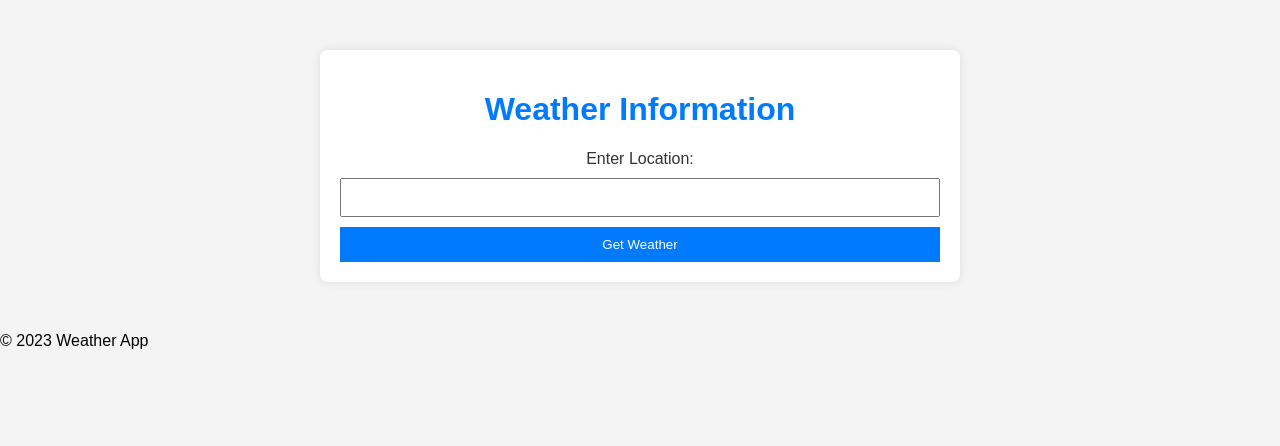
Repository: muke2110/weather
Page: http://localhost/
These files come from the project's save history. The page is drawn as it stood at one moment and after the next save; the edit follows.
The browser window is 1280 px wide. The pictures show the whole page.
The page is served by the project's Node server (app.js).

Above is the page before, as saved 2023-12-03 20:07:34.

### views/index.ejs
<!DOCTYPE html>
<html lang="en">
<head>
  <meta charset="UTF-8">
  <meta name="viewport" content="width=device-width, initial-scale=1.0">
  <title>Weather Information</title>
  <link rel="stylesheet" href="/styles.css">

</head>
<body>

  <div class="container">
    <h1>Weather Information</h1>

    <form action="/location" method="post">
      <label for="locationInput">Enter Location:</label>
      <input type="text" id="locationInput" name="location" required>
      <button type="submit">Get Weather</button>
    </form>

    <% if (error) { %>
      <p class="error-message">Error: <%= error %></p>
    <% } else if (location) { %>
      <div id="weatherResult">
        <img src= <%= png %>>
        <p>Location: <%= place.name %></p>
        <p>Temperature: <%= location.temp_c %>°C</p>
        <p>Condition: <%= location.condition.text %></p>
      </div>
    <% } %>
  </div>
  <footer>
    <!-- Your footer content goes here -->
    <p>&copy; 2023 Weather App</p>
  </footer>
</body>
<script>
  if (performance.navigation.type === 1) {
    // Redirect to the home page
    window.location.href = "/";
  }
</script>
</html>

### app.js
const axios = require('axios');
const express = require('express');
const app = express();
const port = 3000;

app.use(express.json());
app.use(express.urlencoded({ extended: true }));
// Add this line after app initialization
app.use(express.static('public'));


app.set('view engine', 'ejs');

app.get('/', (req, res) => {
  res.render('index', { error: null, location: null });
});

app.post('/location', async (req, res) => {
  const { location } = req.body;

  if (!location) {
    return res.render('index', { error: 'Location is required in the request body', location: null });
  }

  const apiUrl = `https://api.weatherapi.com/v1/current.json?key=c3961c028a3640cfad7132456230212&q=${location}&aqi=yes`;

  try {
    const response = await axios.get(apiUrl);
    const data = response.data;

    console.log(data);
    // Render the EJS file with the weather information
    res.render('index', { error: null, location: data.current ,place: data.location, png:data.current.condition.icon});
  } catch (error) {
    console.error('Error fetching data:', error);
    res.render('index', { error: 'Internal Server Error', location: null });
  }
});

app.listen(port, () => {
  console.log(`Server is running on port ${port}`);
});

### public/styles.css
/* styles.css */

body {
    font-family: Arial, sans-serif;
    margin: 0;
    padding: 0;
    background-color: #f4f4f4;
}

.container {
    max-width: 600px;
    margin: 50px auto;
    background-color: #fff;
    padding: 20px;
    border-radius: 8px;
    box-shadow: 0 0 10px rgba(0, 0, 0, 0.1);
}

h1 {
    text-align: center;
    color: #007bff; /* Changed color to a blue shade */
}

form {
    display: flex;
    flex-direction: column;
    align-items: center;
    margin-top: 20px; /* Added margin-top for better spacing */
}

label {
    margin-bottom: 10px;
    color: #333;
}

input {
    padding: 10px;
    margin-bottom: 10px;
    width: 100%; /* Make the input take full width */
    box-sizing: border-box; /* Include padding and border in the width */
}

button {
    padding: 10px;
    background-color: #007bff;
    color: #fff;
    border: none;
    cursor: pointer;
    transition: background-color 0.3s;
    width: 100%; /* Make the button take full width */
    box-sizing: border-box; /* Include padding and border in the width */
}

button:hover {
    background-color: #0056b3;
}

#weatherResult {
    margin-top: 20px;
    padding: 20px;
    border: 1px solid #ddd;
    border-radius: 8px;
    background-color: #f9f9f9;
}

After the next save:
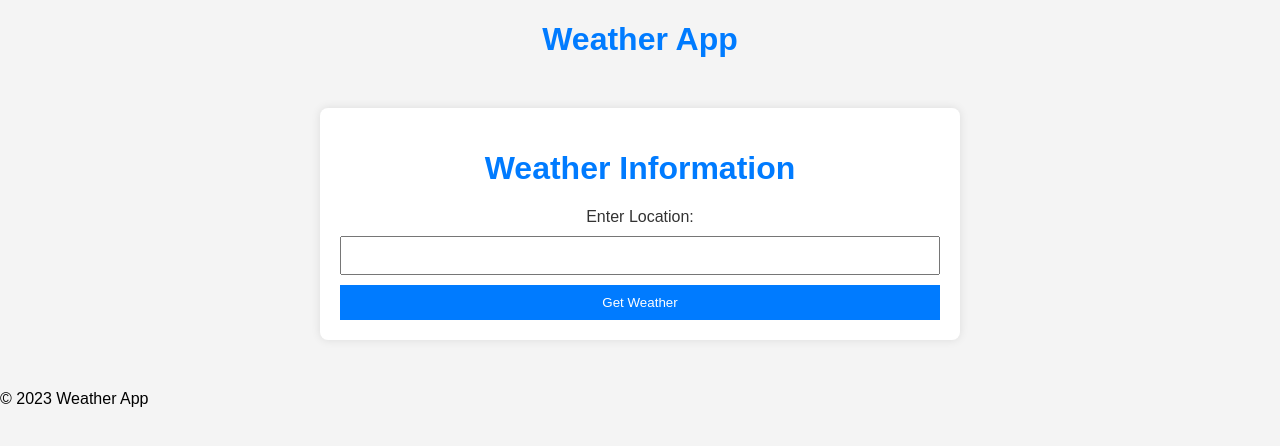
Saved 8 s later.
--- a/views/index.ejs
+++ b/views/index.ejs
@@ -8,7 +8,10 @@
 
 </head>
 <body>
-
+  <header>
+    <!-- Your header content goes here -->
+    <h1>Weather App</h1>
+  </header>
   <div class="container">
     <h1>Weather Information</h1>
 
